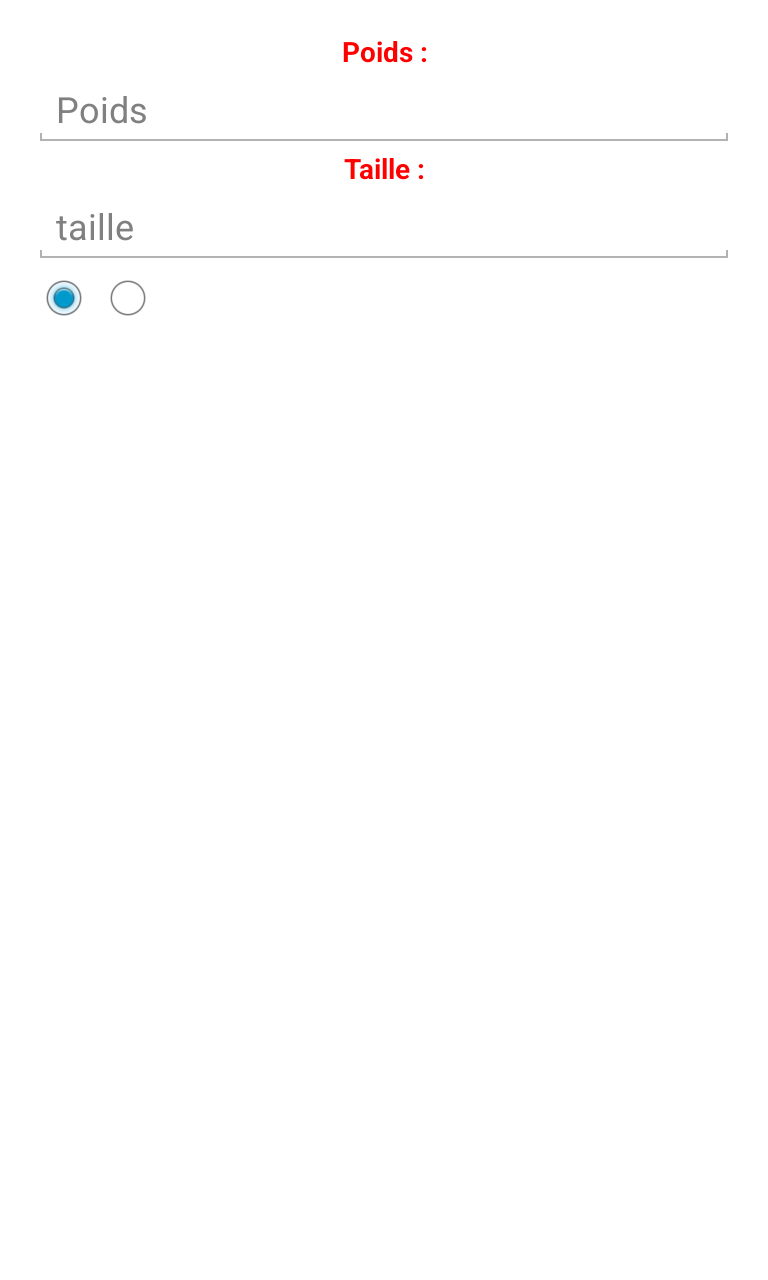
Repository: mikaelpopowicz/cours
Layout: graph/test/res/layout/activity_main.xml
The author's editor kept a copy of each file at every save. The layout is drawn from the files as they stood at one save, then again after a run of saves.
It is drawn on a 768 x 1280 px phone screen (xhdpi) without system bars, with theme AppTheme; the app's code is not run.

Above is the layout before, as saved 2014-02-26 22:46:32.

### graph/test/res/layout/activity_main.xml
<LinearLayout xmlns:android="http://schemas.android.com/apk/res/android"
    xmlns:tools="http://schemas.android.com/tools"
    android:layout_width="match_parent"
    android:layout_height="match_parent"
    android:paddingBottom="@dimen/activity_vertical_margin"
    android:paddingLeft="@dimen/activity_horizontal_margin"
    android:paddingRight="@dimen/activity_horizontal_margin"
    android:paddingTop="@dimen/activity_vertical_margin"
    tools:context=".MainActivity"
    android:orientation="vertical" >

    <TextView
        android:layout_width="fill_parent"
        android:layout_height="wrap_content"
        android:text="Poids :"
        android:textStyle="bold"
        android:textColor="#FF0000"
        android:gravity="center"/>

    <EditText
        android:id="@+id/poids"
        android:layout_width="fill_parent"
        android:layout_height="wrap_content"
        android:hint="Poids"
        android:inputType="text"/>

    <TextView
        android:layout_width="fill_parent"
        android:layout_height="wrap_content"
        android:text="Taille :"
        android:textStyle="bold"
        android:textColor="#FF0000"
        android:gravity="center"/>

    <EditText
        android:id="@+id/taille"
        android:layout_width="fill_parent"
        android:layout_height="wrap_content"
        android:hint="taille"
        android:inputType="text"/>

    <RadioGroup
  		android:layout_width="wrap_content"
  		android:layout_height="wrap_content"
  		android:orientation="horizontal" >
  		<RadioButton
    		android:layout_width="wrap_content"
    		android:layout_height="wrap_content"
    		android:checked="true" />
  		<RadioButton
    		android:layout_width="wrap_content"
    		android:layout_height="wrap_content" />
</RadioGroup>

</LinearLayout>

Loaded but not shown: graph/test/res/values/styles.xml (common file); graph/test/res/values-v11/styles.xml (common file); graph/test/res/values-v14/styles.xml (common file); graph/test/res/values/dimens.xml (common file)

After the next 2 saves:
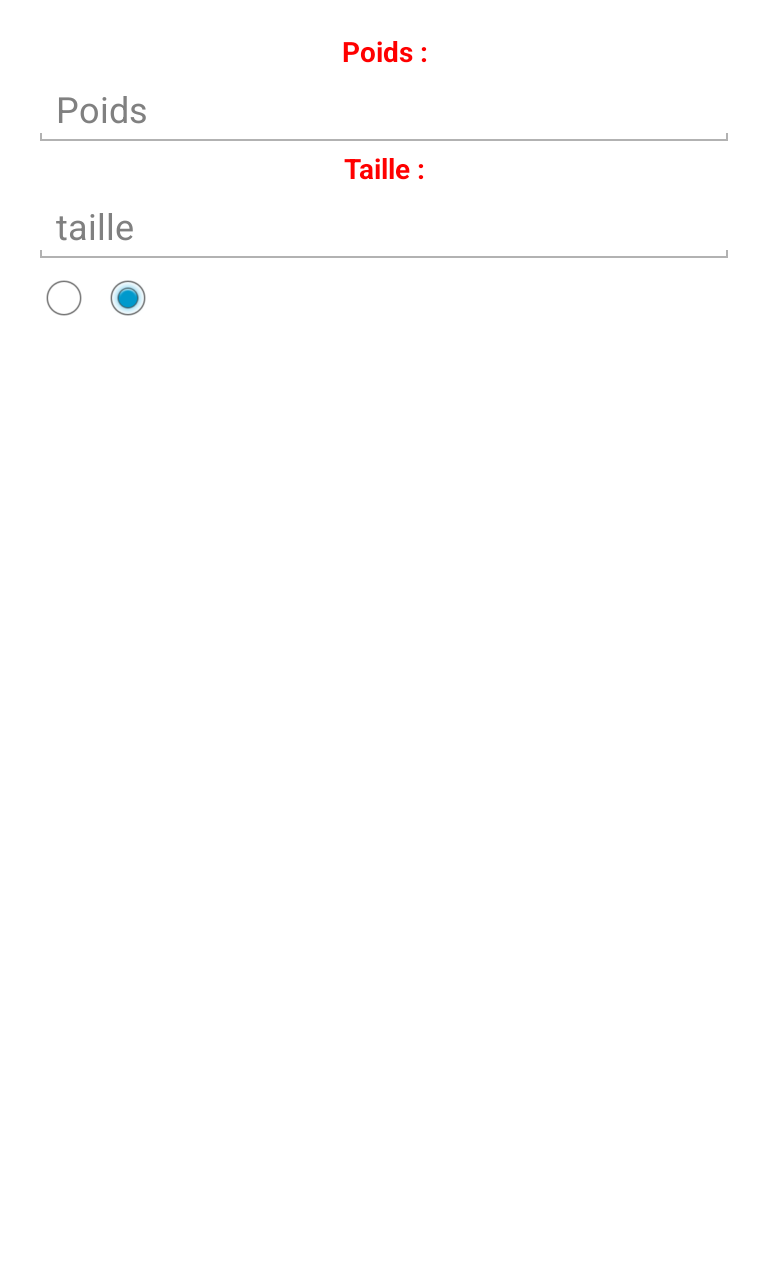
The 2 saves are shown as one change because they came seconds apart.
The last was saved 24 s later.
--- a/graph/test/res/layout/activity_main.xml
+++ b/graph/test/res/layout/activity_main.xml
@@ -45,11 +45,11 @@
   		android:orientation="horizontal" >
   		<RadioButton
     		android:layout_width="wrap_content"
+    		android:layout_height="wrap_content" />
+  		<RadioButton
+    		android:layout_width="wrap_content"
     		android:layout_height="wrap_content"
     		android:checked="true" />
-  		<RadioButton
-    		android:layout_width="wrap_content"
-    		android:layout_height="wrap_content" />
 </RadioGroup>
 
 </LinearLayout>
